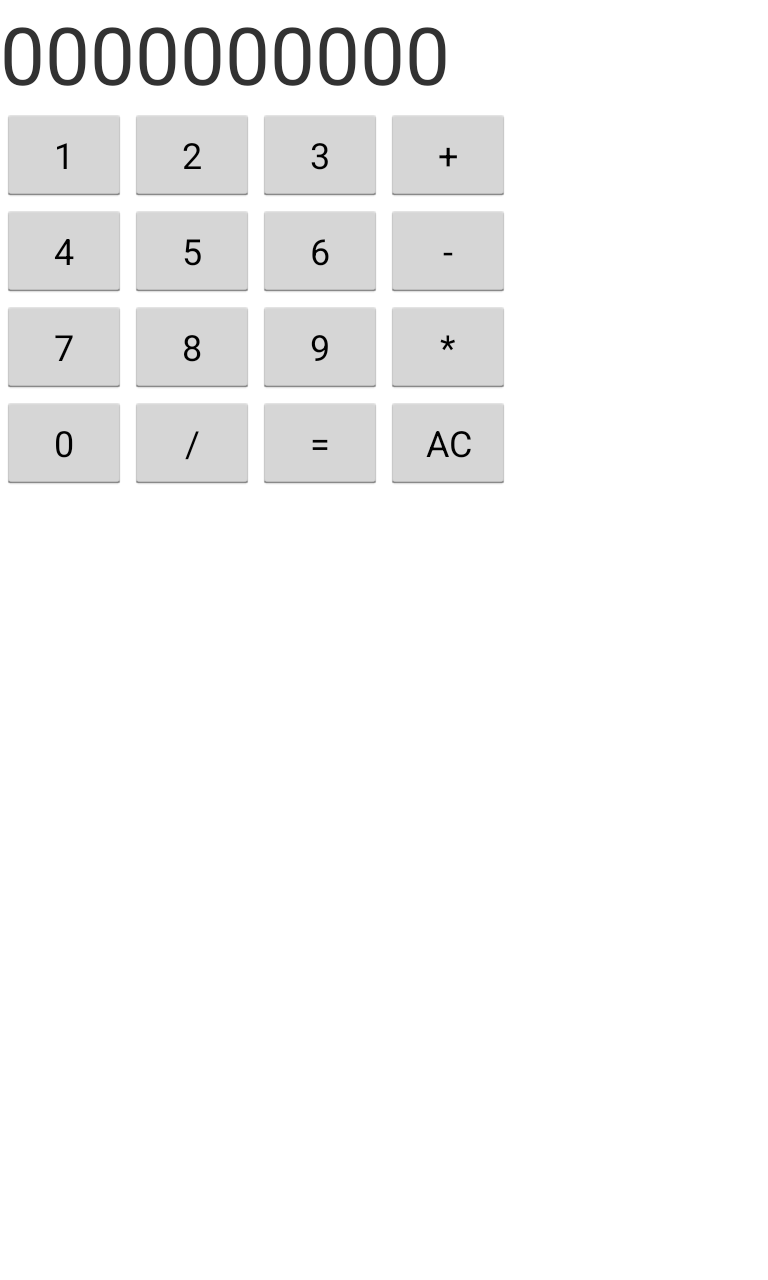
Repository: sfranco/Android
Layout: Calculadora/res/layout/activity_main.xml
These files come from the project's save history. The layout is drawn as it stood at one moment and after the next save; the edit follows.
It is drawn on a 768 x 1280 px phone screen (xhdpi) without system bars, with theme AppTheme; the app's code is not run.

Above is the layout before, as saved 2013-08-23 01:51:06.

### Calculadora/res/layout/activity_main.xml
<LinearLayout xmlns:android="http://schemas.android.com/apk/res/android"
    android:layout_width="match_parent"
    android:layout_height="match_parent"
    android:orientation="vertical" >

    <TextView
        android:id="@+id/solucion"
        android:textSize="40sp"
        android:layout_width="fill_parent"
		android:layout_height="wrap_content"
		android:text="0000000000"
        >
        </TextView>

    <TableLayout
        android:layout_width="fill_parent"
        android:layout_height="fill_parent" >

        <TableRow
            android:id="@+id/num1"
            android:layout_width="wrap_content"
            android:layout_height="wrap_content" >

            <Button
                android:id="@+id/num1"
                android:layout_width="wrap_content"
                android:layout_height="wrap_content"
                android:text="1" />

            <Button
                android:id="@+id/num2"
                android:layout_width="wrap_content"
                android:layout_height="wrap_content"
                android:text="2" />

            <Button
                android:id="@+id/num3"
                android:layout_width="wrap_content"
                android:layout_height="wrap_content"
                android:text="3" />

            <Button
                android:id="@+id/mas"
                android:layout_width="wrap_content"
                android:layout_height="wrap_content"
                android:text="+" />

        </TableRow>

        <TableRow
            android:id="@+id/tableRow2"
            android:layout_width="wrap_content"
            android:layout_height="wrap_content" >

            <Button
                android:id="@+id/num4"
                android:layout_width="wrap_content"
                android:layout_height="wrap_content"
                android:text="4" />

            <Button
                android:id="@+id/num5"
                android:layout_width="wrap_content"
                android:layout_height="wrap_content"
                android:text="5" />

            <Button
                android:id="@+id/num6"
                android:layout_width="wrap_content"
                android:layout_height="wrap_content"
                android:text="6" />

            <Button
                android:id="@+id/resta"
                android:layout_width="wrap_content"
                android:layout_height="wrap_content"
                android:text="-" />

        </TableRow>

        <TableRow
            android:id="@+id/tableRow3"
            android:layout_width="wrap_content"
            android:layout_height="wrap_content" >

            <Button
                android:id="@+id/num7"
                android:layout_width="wrap_content"
                android:layout_height="wrap_content"
                android:text="7" />

            <Button
                android:id="@+id/num8"
                android:layout_width="wrap_content"
                android:layout_height="wrap_content"
                android:text="8" />

            <Button
                android:id="@+id/num9"
                android:layout_width="wrap_content"
            	android:layout_height="wrap_content"
                android:text="9" />

            <Button
                android:id="@+id/multi"
                android:layout_width="wrap_content"
            	android:layout_height="wrap_content"
                android:text="*" />

        </TableRow>

        <TableRow
            android:id="@+id/tableRow4"
            android:layout_width="wrap_content"
            android:layout_height="wrap_content" >

            <Button
                android:id="@+id/num0"
                android:layout_width="wrap_content"
                android:layout_height="wrap_content"
                android:text="0" />

            <Button
                android:id="@+id/division"
                android:layout_width="wrap_content"
                android:layout_height="wrap_content"
                android:text="/" />

            <Button
                android:id="@+id/igual"
                android:layout_width="wrap_content"
                android:layout_height="wrap_content"
                android:text="=" />

            <Button
                android:id="@+id/reseteo"
                android:layout_width="wrap_content"
                android:layout_height="wrap_content"
                android:text="AC" />

        </TableRow>

    </TableLayout>

</LinearLayout>

Loaded but not shown: Calculadora/res/values/styles.xml (common file); Calculadora/res/values-v11/styles.xml (common file); Calculadora/res/values-v14/styles.xml (common file)

After the next save:
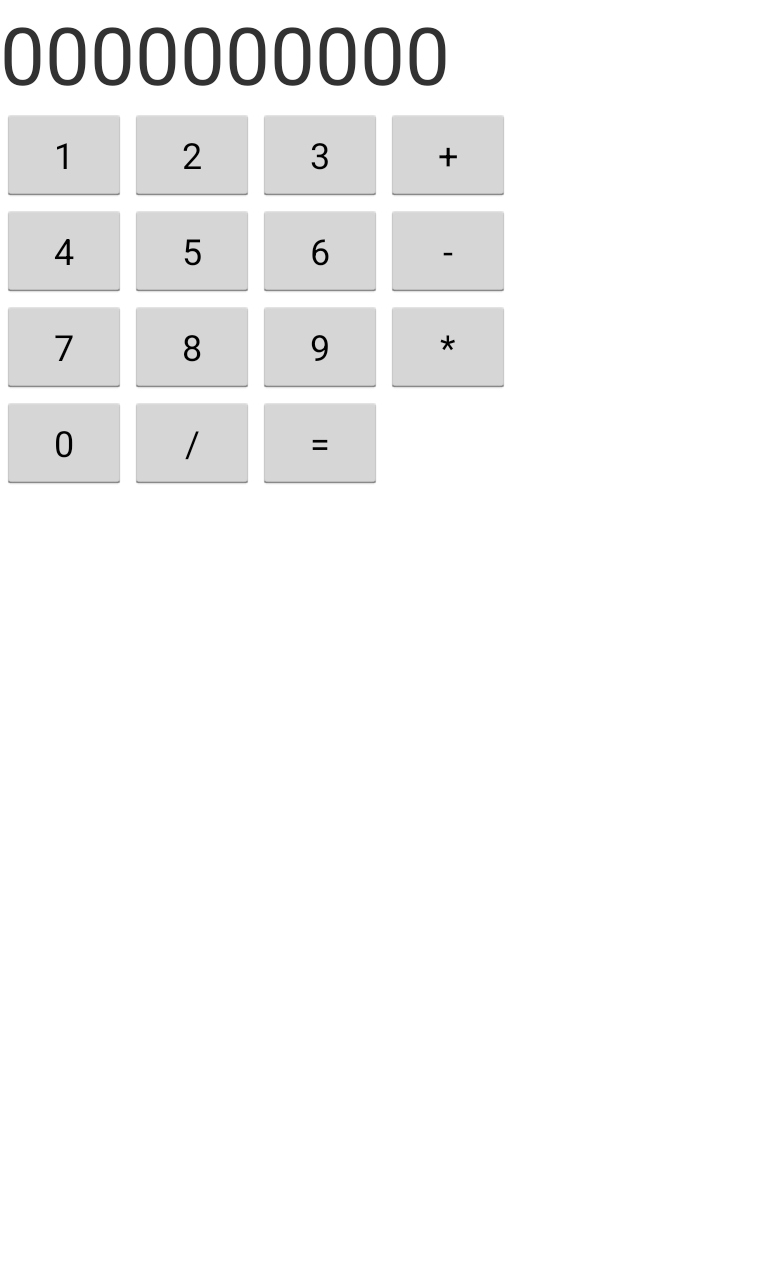
Saved 12 h 53 min later.
--- a/Calculadora/res/layout/activity_main.xml
+++ b/Calculadora/res/layout/activity_main.xml
@@ -116,7 +116,7 @@
 
             <Button
                 android:id="@+id/num0"
-                android:layout_width="wrap_content"
+                android:layout_width="125px"
                 android:layout_height="wrap_content"
                 android:text="0" />
 
@@ -132,12 +132,6 @@
                 android:layout_height="wrap_content"
                 android:text="=" />
 
-            <Button
-                android:id="@+id/reseteo"
-                android:layout_width="wrap_content"
-                android:layout_height="wrap_content"
-                android:text="AC" />
-
         </TableRow>
 
     </TableLayout>
